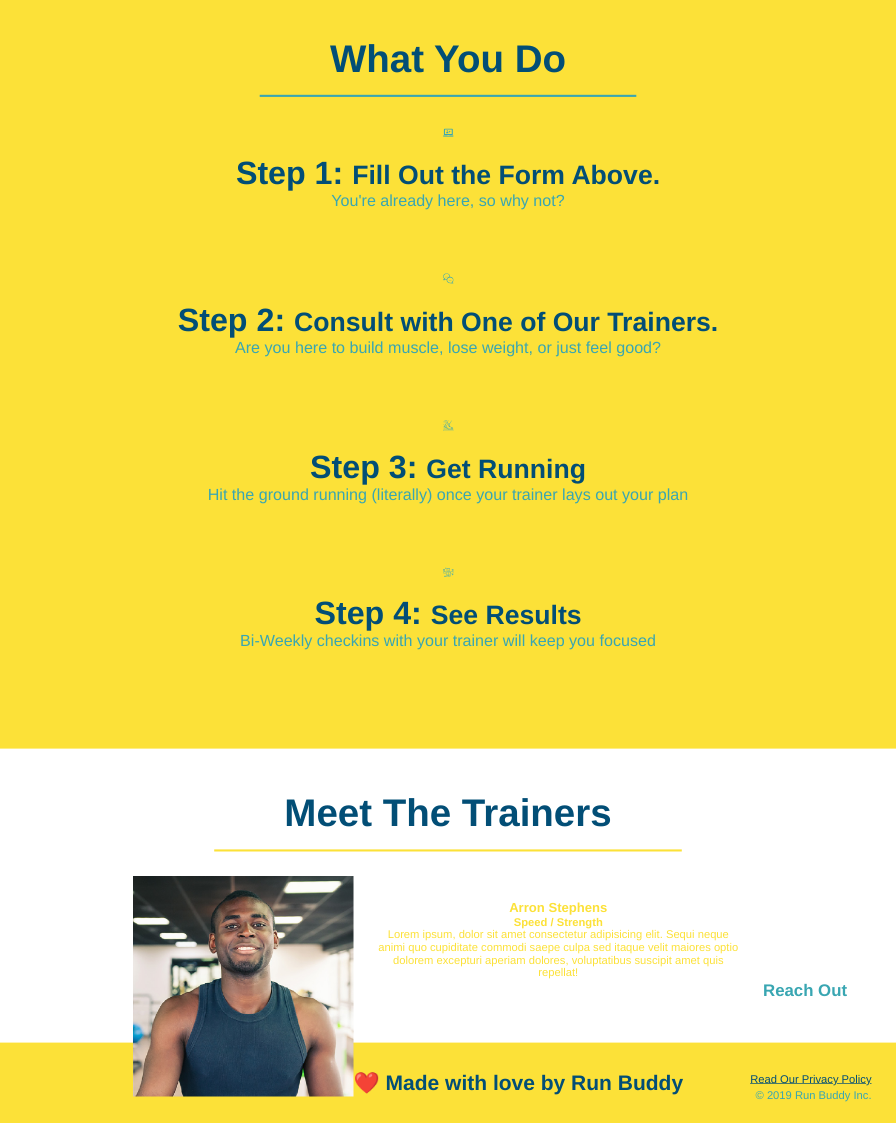
Repository: symlara/run-buddy
Page: index.html
The author's editor kept a copy of each file at every save. The page is drawn from the files as they stood at one save, then again after a run of saves.
The browser window is 1280 px wide. The pictures show the part of the page from y = 1188 to 3108 px (the page is 2793 px tall before and 3108 px after), at 70% of full size.

Above is the page before, as saved 2020-12-10 14:14:50.

### index.html
<!DOCTYPE html>
<html lang="en">
    <head>
        <link rel="stylesheet" href="./assets/css/style.css" />
        <meta charset="UTF-8"/>
        <title>Run Buddy</title>
    </head>
    <body>
        <!-- navigation -->
        <header>
        <a href="/"><h1>RUN BUDDY</h1></a>
        <nav>
            <!-- Unordered list element -->
            <ul>
                <!-- List item element -->
                <li>
                    <!-- Anchor Element -->
                    <a href="#what-we-do">What We Do</a>
                </li>
                <li>
                    <a href="#what-you-do">What You Do</a>
                </li>
                <li>
                    <a href="#your-trainers">Your Trainers</a>
                </li>
                <li>
                    <a href="#reach-out">Reach Out</a>
                </li>
            </ul>
        </nav>
        </header>

        <!-- hero section -->
        <section class="hero">
        <div class="hero-form">
            <h3>Get Started Today</h3>
            <p>Fill out this form and one of our trainers will schedule a consult</p>
            <!-- Add form elements -->
            <form>
                <label for="name">Enter full name:</label>
                <input type="text" placeholder="Your Name" name="name" id="name" class="form-input" />
                <label for="email">Enter Email Address:</label>
                <input type="email" placeholder="Email Address" name="email" id="email" class="form-input" />
                <label for="phone">Enter a telephone number</label>
                <input type="tel" placeholder="Phone Number" name="phone" id="phone" class="form-input" />
                <p>
                    Have you worked out with a trainer before?
                    <input type="radio" name="trainer-confirm" id="trainer-yes" />
                    <label for="trainer-yes">Yes</label>
                    <input type="radio" name="trainer-confirm" id="trainer-no" />
                    <label for="trainer-no">No</label>
                </p>
                <p>
                    <label for="checkbox">
                    I acknowledge that I am at least 18 years of age.
                    </label>
                    <input type="checkbox" name="age-confirm" id="checkbox" />
                </p>
                <button type="submit">
                    Get running!
                </button>
            </form>
        </div>
    </section>
    <!-- end hero -->

        <!-- hero/jumbotron -->
        <section></section>

        <!-- "what we do" section -->
        <section id="what-we-do" class="intro">
            <h2 class="section-title primary-border">What We Do</h2>
            <p>
                butcher selfies chambray shabby chic gentrify readymade yr Echo Park XOXO Tumblr normcore Banksy direct trade Blue Bottle chillwave you probably haven't heard of them single-origin coffee Vice fanny pack fixie Odd Future Austin fingerstache pickled twee synth Wes Anderson Thundercats viral bitters flannel meggings narwhal Marfa Schlitz sustainable Intelligentsia umami deep v craft
            </p>
        </section>

        <!-- "what you do" section -->
        <section id="what-you-do" class="steps">
            <h2 class="section-title secondary-border">What You Do</h2>

            <div>
                <!-- insert this img element -->
                <img src="./assets/images/step-1.svg" alt="" />
                <h3>Step 1: <span>Fill Out the Form Above.</span></h3>
                <p>You're already here, so why not?</p>
            </div>

            <div>
                <!-- insert this img element -->
                <img src="./assets/images/step-2.svg" alt="" />
                <h3>Step 2: <span>Consult with One of Our Trainers.</span></h3>
                <p>Are you here to build muscle, lose weight, or just feel good?</p>
            </div>

            <div>
                <!-- insert this img element -->
                <img src="./assets/images/step-3.svg" alt="" />
                <h3>Step 3: <span>Get Running</span></h3>
                <p>Hit the ground running (literally) once your trainer lays out your plan</p>
            </div>

            <div>
                <!-- insert this img element -->
                <img src="./assets/images/step-4.svg" alt="" />
                <h3>Step 4: <span>See Results</span></h3>
                <p>Bi-Weekly checkins with your trainer will keep you focused</p>
            </div>
        </section>

        <!-- "meet the trainers" section -->
        <section id="your-trainers" class="trainers">
            <h2 class="section-title primary-border">Meet The Trainers

            </h2>
            <article class="trainer">
                <img src="./assets/images/trainer-1.jpg" alt="Arron Stephens in his workout clothes, ready to pump iron" />
                <div class="trainer-bio">
                    <h3>Arron Stephens</h3>
                    <h4>Speed / Strength</h4>
                    <p>
                        Lorem ipsum, dolor sit amet consectetur adipisicing elit. Sequi neque animi quo cupiditate commodi saepe culpa sed
                        itaque velit maiores optio dolorem excepturi aperiam dolores, voluptatibus suscipit amet quis repellat!
                    </p>
                </div>
            </article>
        </section>

        <!-- "reach out" section -->
        <section>
            <h2>Reach Out</h2>
        </section>

        <!-- footer -->
        <footer>
            <h2>❤️ Made with love by Run Buddy</h2>
            <div>
                <a href="#">Read Our Privacy Policy</a><br />
                &copy; 2019 Run Buddy Inc.
            </div>
        </footer>
    </body>

    </html>

### assets/css/style.css
* {
    margin: 0;
    padding: 0;
    box-sizing: border-box;
}


body {
    /* more on this crazy alphanumerical value in a minute */
    color: #39a6b2;
    font-family: Helvetica, Arial, sans-serif;
}

/* apply styles to header */
header {
    padding: 20px 35px;
    background-color: #39a6b2;
}

header h1 {
    font-weight: bold;
    font-size: 36px;
    color: #fce138;
    margin: 0;
    display: inline;
}

header a {
    text-decoration: none;
    color: #fce138;
}

header nav {
    float: right;
    margin: 7px 0;
}

header nav ul li {
    display: inline;
}

header nav ul li a {
    margin: 0 30px;
    font-weight: lighter;
    font-size: 22px;
}

footer {
    background: #fce138;
    width: 100%;
    padding: 40px 35px;
  }

footer h2 {
    display: inline;
    color: #024e76;
    font-size: 30px;
    margin: 0;
}

footer div {
    float: right;
    line-height: 1.5;
    text-align: right;
}

footer a {
    color: #024e76;
}

section {
    padding: 60px;
}

/* Hero Style Start */
.hero {
    background-image: url("../images/hero-bg.jpg");
    height: 600px;
    background-size: cover;
    background-position: center;
    position: relative;
}
/*The height property fixed at 600px gives an exact size of the section, which is important in this context to allow room for the sign-up form.*/


.hero-form {
    border: solid 3px #024e76;
    background-color: #fce138;
    padding: 20px;
    width: 500px;
    color: #024e76;
    position: absolute;
    bottom: 120px;
    right: 140px;
}

.hero-form h3 {
    font-size: 24px;
    margin: 0;
}

.hero-form p {
    margin: 5px 0 15px 0;
}

.form-input {
    border: 1px solid #024e76;
    display: block;
    padding: 7px 15px;
    font-size: 16px;
    color: #024e76;
    width: 100%;
    margin-bottom: 15px;
}

.hero-form label {
    margin: 0 5px;
}

.hero-form button {
    color: #fce138;
    background-color: #024e76;
    border: none;
    padding: 10px 20px;
    font-size: 16px;
}
/* Hero Style End */

/*What We Do Section */
.intro {
    text-align: center;
}

.intro p {
    line-height: 1.7;
    color: #39a6b2;
    width: 80%;
    font-size: 20px;
    margin: 0 auto;
}

/*What We Do End*/

.section-title {
    display: inline-block;
    font-size: 55px;
    color: #024e76;
    margin-bottom: 35px;
    padding: 0 100px 20px 100px;
    border-bottom: 3px solid;
}

.primary-border {
    border-color: #fce138;
}

.secondary-border {
    border-color: #39a6b2;
}

/* What You Do Section */
.steps {
    text-align: center;
    background: #fce138;
}

.steps div {
    margin-bottom: 80px;
}

.steps img {
    width: 15px;
    margin: 10px 0;
}

.steps h3 {
    color: #024e76;
    font-size: 46px;
    margin-top: 10px;
}

.steps p {
    color: #39a6b2;
    font-size: 23px;
}

.steps span {
    font-size: 38px;
}


/* What You Do End */

/* Your Trainers Section */
.trainers {
    text-align: center;
}

.trainer {
    width: 900px;
    margin: 0 auto 30px auto;
    background: #024e76;
    color: #fce138;

}

.trainer img {
    width: 35%;
    float: left;
}

.trainer-bio {
    padding: 35px;
    float: left;
    width: 65%;
}

/* Your Trainers Section End */

After the next 2 saves:
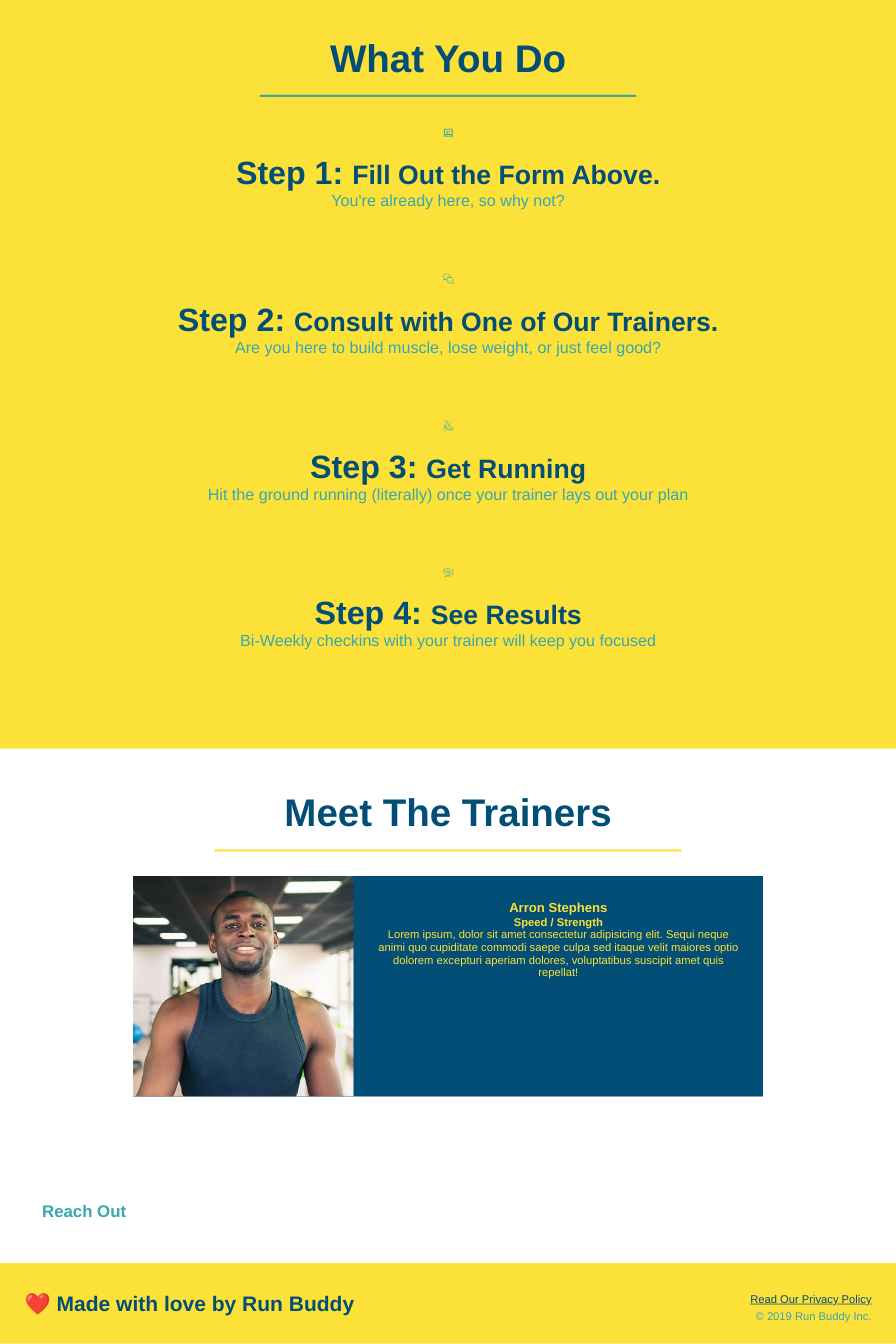
The 2 saves are shown as one change because they came seconds apart.
The last was saved 7 s later.
--- a/assets/css/style.css
+++ b/assets/css/style.css
@@ -201,7 +201,7 @@ section {
     margin: 0 auto 30px auto;
     background: #024e76;
     color: #fce138;
-
+    overflow: auto;
 }
 
 .trainer img {
